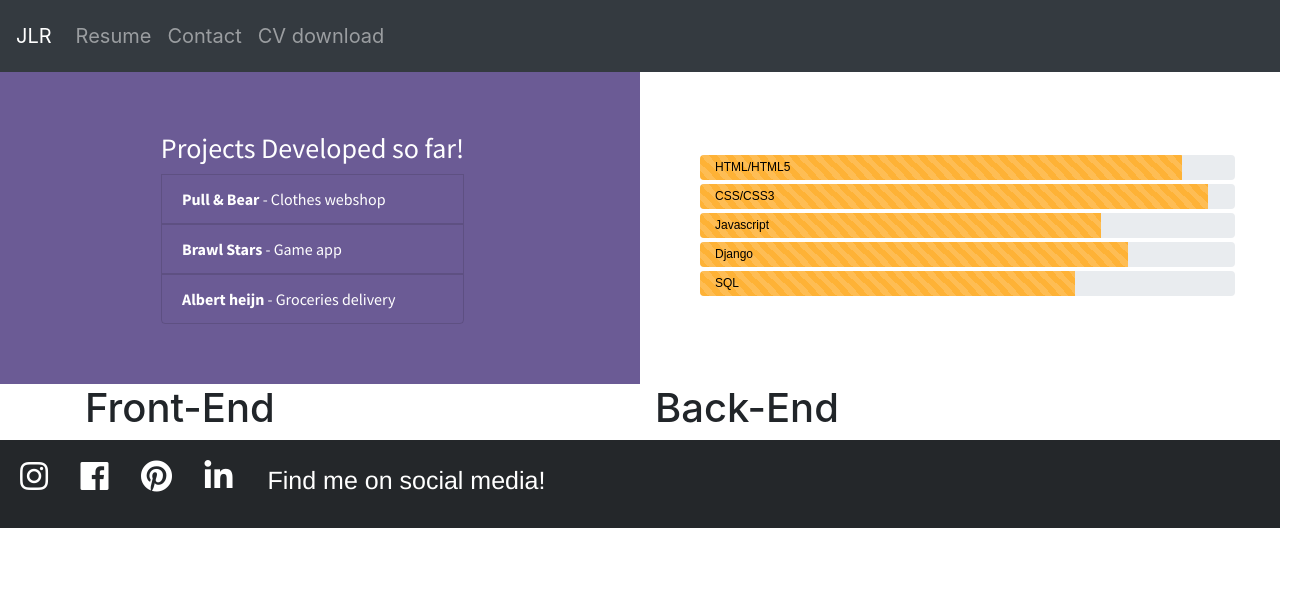
Repository: Kawaiisaki/Portfolio-site
Page: resume.html
The author's editor kept a record of every edit. The page is drawn from the files as they stood at one moment, then again after the next edit.
The browser window is 1280 px wide. The page is 1295 px wide, so the pictures cover 1295 px, including what lies to the right of the window. The pictures show the whole page.
Some web libraries are served in a nearby version.

Above is the page before.

After the next edit:
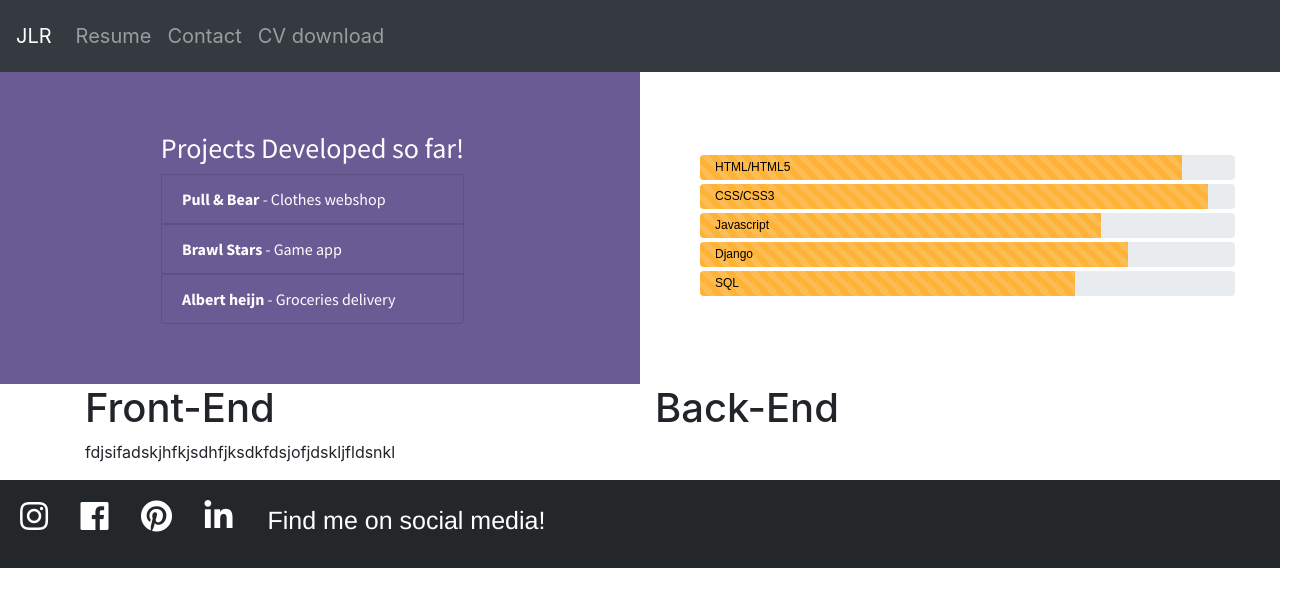
The edit:
--- a/resume.html
+++ b/resume.html
@@ -79,6 +79,7 @@
             <div class="row">
                 <div class="col">
                     <h1>Front-End</h1>
+                    <p>fdjsifadskjhfkjsdhfjksdkfdsjofjdskljfldsnkl</p>
                 </div>
                 <div class="col">
                     <h1>Back-End</h1>
